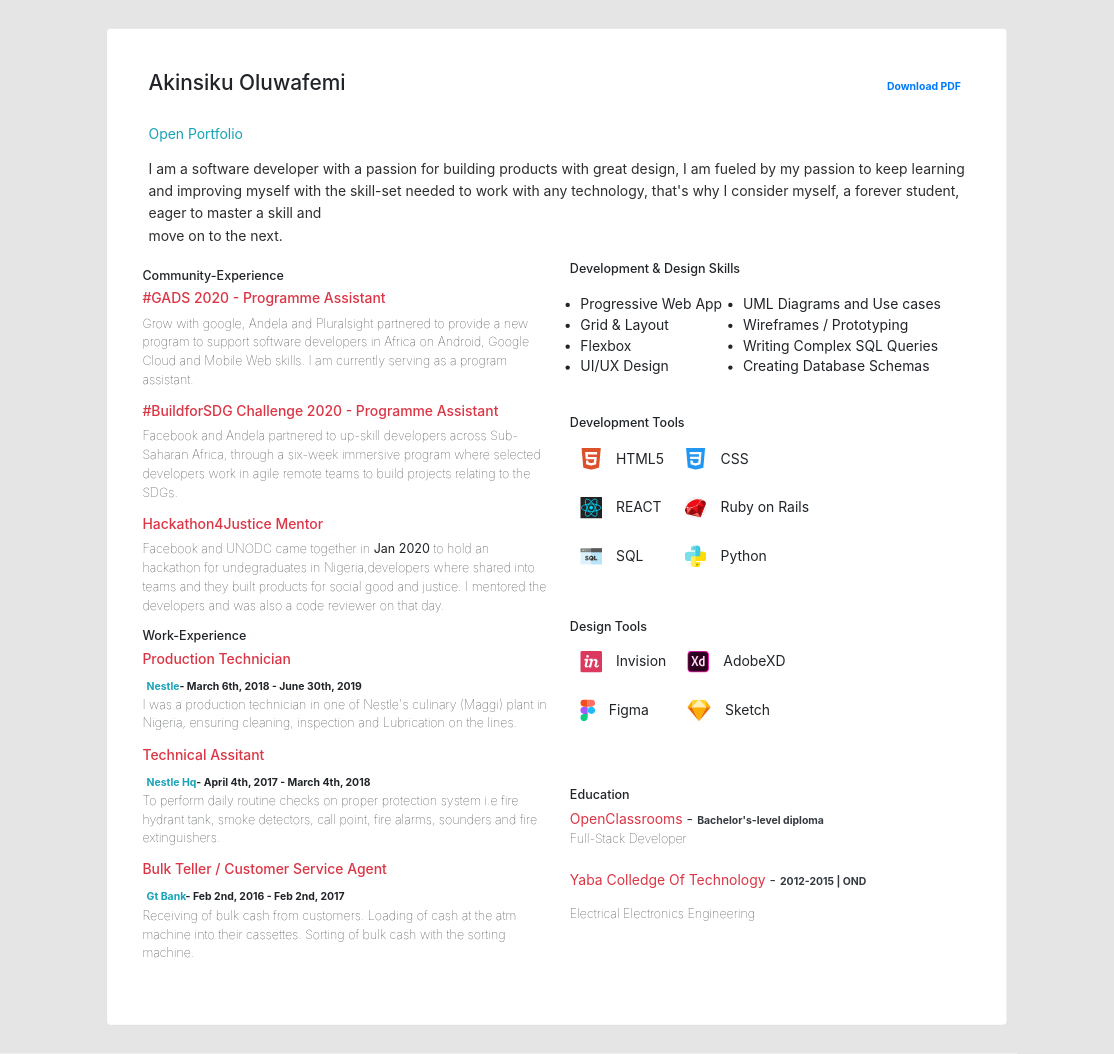
Repository: akinsikuoluwafemi/resume
Page: index.html
These files come from the project's save history. The page is drawn as it stood at one moment and after a run of saves; the edit follows.
The browser window is 1280 px wide. The pictures show the whole page, at 87% of full size.
The style sheet was rebuilt from its Sass, Less or Tailwind sources for each picture, by a compiler version that may differ from the author's.

Above is the page before, as saved 2020-08-03 19:03:48.

### index.html
<!DOCTYPE html>
<html lang="en">

<head>
    <meta charset="UTF-8">
    <meta name="viewport" content="width=device-width, initial-scale=1.0">
    <meta http-equiv="X-UA-Compatible" content="ie=edge">
    <link rel="shortcut icon" type="image/png" href="./images/new-photo.png">

    <link rel="stylesheet" href="https://stackpath.bootstrapcdn.com/bootstrap/4.3.1/css/bootstrap.min.css" integrity="sha384-ggOyR0iXCbMQv3Xipma34MD+dH/1fQ784/j6cY/iJTQUOhcWr7x9JvoRxT2MZw1T"
        crossorigin="anonymous" />
    <link rel="stylesheet" href="./resume.css">

    <title>Akinsiku Oluwafemi - Software Developer</title>
</head>

<body>

   <div class="col-sm-12 col-lg-10 m-auto">
       <!--  -->
        <div class="p-c container border px-3 py-4 px-lg-5 py-lg-5 ">
            <header class="row">
                <div class="col d-flex align-items-center">
                    <h4 class="header__name mr-auto">Akinsiku Oluwafemi</h4>
                    <a href="./images/newresume.pdf" download="Femi_Akinsiku_resume.pdf" class="badge">Download PDF</a>
                </div>
            </header>
            <div class="row mt-4">
                <a href="https://femiakin.com/" target="_blank" class="col text-info">Open Portfolio</a>
            </div>

            <div class="row mt-3">
                <div class="col">
                    <p class="intro">I am a software developer with a passion for building products with great design, I am
                        fueled by my passion to keep learning and improving myself with the skill-set needed to work with
                        any
                        technology,
                        that's why I consider myself, a forever student, eager to master a skill and <br /> move on to the
                        next. </p>
                </div>
            </div>


            <div class="row">

                <div class="col col-lg-6 p-2  ">
                    <div>
                        <h5 class="item__header">Community-Experience</h5>

                        <h6 class="item__job text-danger">#GADS 2020 - Programme Assistant </h6>
                        <p class="item__description">Grow with google, Andela and Pluralsight partnered to provide a new
                            program to support
                            software developers in Africa on Android, Google Cloud and Mobile Web skills. I am currently
                            serving as a
                            program assistant.</p>

                    </div>

                    <div>



                        <h6 class="item__job text-danger">#BuildforSDG Challenge 2020 - Programme Assistant </h6>


                        <p class="item__description">Facebook and Andela partnered to up-skill developers across
                            Sub-Saharan
                            Africa,
                            through a six-week immersive program where selected developers work in agile remote
                            teams to build projects relating to the SDGs.
                        </p>

                    </div>

                    <div>
                        <h6 class="item__job text-danger">Hackathon4Justice Mentor</h6>
                        <p class="item__description">Facebook and UNODC came together in <strong>Jan 2020</strong> to hold
                            an
                            hackathon for
                            undegraduates in Nigeria,developers where shared into teams and they built products for social
                            good
                            and justice. I mentored the developers and was
                            also a code reviewer on that day.
                        </p>
                    </div>


                    <!-- here -->
                    <div>
                        <h5 class="item__header">Work-Experience</h5>
                        <h6 class="item__job text-danger">Production Technician</h6>
                        <span class="badge"><span class="text-info">Nestle</span>- March 6th, 2018 - June 30th, 2019 </span>
                        <p class="item__description">I was a production technician in one of Nestle's culinary (Maggi)
                            plant in
                            Nigeria,
                            ensuring cleaning, inspection and Lubrication on the lines.</p>

                    </div>
                    <div>
                        <h6 class="item__job text-danger">Technical Assitant</h6>
                        <span class="badge"><span class="text-info">Nestle Hq</span>- April 4th, 2017 - March 4th, 2018</span>
                        <p class="item__description">To perform daily routine checks on proper protection system i.e fire
                            hydrant tank,
                            smoke detectors, call point, fire
                            alarms, sounders and fire extinguishers.
                        </p>

                    </div>
                    <div>
                        <h6 class="item__job text-danger">Bulk Teller / Customer Service Agent</h6>
                        <span class="badge"><span class="text-info">Gt Bank</span>- Feb 2nd, 2016 - Feb 2nd, 2017 </span>
                        <p class="item__description">Receiving of bulk cash from customers.
                            Loading of cash at the atm machine into their cassettes.
                            Sorting of bulk cash with the sorting machine.</p>

                    </div>
                    <!-- here2 -->


                </div>
                <div class="col col-lg-6 ">

                    <div>
                        <h5 class="item__header ">Development & Design Skills</h5>
                        <div class="d-flex ">
                            <ul class="list__item">
                                <li>Progressive Web App</li>
                                <li>Grid & Layout</li>
                                <li>Flexbox</li>
                                <li>UI/UX Design</li>


                            </ul>
                            <ul class="list__item">
                                <li>UML Diagrams and Use cases</li>
                                <li>Wireframes / Prototyping</li>
                                <li>Writing Complex SQL Queries</li>
                                <li>Creating Database Schemas</li>



                            </ul>
                        </div>


                    </div>

                    <div class="item__container">
                        <h5 class="item__header">Development Tools</h5>
                        <div class="d-flex ">
                            <ul class="list__item">
                                <div class="d-flex  mb-3">
                                    <img src="./images/html5.svg" />
                                    <p class="ml-3">HTML5</p>
                                </div>
                                <div class="d-flex  mb-3">
                                    <img src="./images/react-1.svg" />
                                    <p class="ml-3">REACT</p>
                                </div>
                                <div class="d-flex ">
                                    <img src="./images/sql.svg" />
                                    <p class="ml-3">SQL</p>
                                </div>

                            </ul>
                            <ul class="list__item ">
                                <div class="d-flex  mb-3">
                                    <img src="./images/css-3.svg" />
                                    <p class="ml-3">CSS</p>
                                </div>
                                <div class="d-flex  mb-3">
                                    <img src="./images/ruby.svg" />
                                    <p class="ml-3">Ruby on Rails</p>
                                </div>
                                <div class="d-flex ">
                                    <img src="./images/python.svg" />
                                    <p class="ml-3">Python</p>
                                </div>


                            </ul>
                        </div>


                    </div>

                    <!-- here -->

                    <div class="item__contain">
                        <h5 class="item__header">Design Tools</h5>
                        <div class="d-flex ">
                            <ul class="list__item">
                                <div class="d-flex mb-3">
                                    <img src="./images/invision.svg" />
                                    <p class="ml-3">Invision</p>
                                </div>
                                <div class="d-flex ">
                                    <img src="./images/figma-1.svg" />
                                    <p class="ml-3">Figma</p>
                                </div>

                            </ul>
                            <ul class="list__item ">
                                <div class="d-flex  mb-3 ">
                                    <img src="./images/adobe-xd-1.svg" />
                                    <p class="ml-3">AdobeXD</p>
                                </div>
                                <div class="d-flex ">
                                    <img src="./images/sketch-2.svg" />
                                    <p class="ml-3">Sketch</p>
                                </div>


                            </ul>
                        </div>


                    </div>
                    <div>
                        <h5 class="item__header">Education</h5>
                        <a href="https://www.francecompetences.fr/recherche/rncp/27099/" class="text-danger text-info">OpenClassrooms
                            <span class="text-dark">-</span><span class="badge text-dark">Bachelor's-level diploma</span></a>

                        <p class="item__description ">Full-Stack Developer</p>

                        <p class="text-danger pt-2">Yaba Colledge Of Technology <span class="text-dark">-</span><span class="badge text-dark">2012-2015
                                | OND</span></p>
                        <p class="item__description ">Electrical Electronics Engineering</p>


                    </div>



                </div>

            </div>


        </div>

        <!--  -->
   </div>










    <script src="https://code.jquery.com/jquery-3.3.1.slim.min.js" integrity="sha384-q8i/X+965DzO0rT7abK41JStQIAqVgRVzpbzo5smXKp4YfRvH+8abtTE1Pi6jizo"
        crossorigin="anonymous"></script>
    <script src="https://cdnjs.cloudflare.com/ajax/libs/popper.js/1.14.7/umd/popper.min.js" integrity="sha384-UO2eT0CpHqdSJQ6hJty5KVphtPhzWj9WO1clHTMGa3JDZwrnQq4sF86dIHNDz0W1"
        crossorigin="anonymous"></script>
    <script src="https://stackpath.bootstrapcdn.com/bootstrap/4.3.1/js/bootstrap.min.js" integrity="sha384-JjSmVgyd0p3pXB1rRibZUAYoIIy6OrQ6VrjIEaFf/nJGzIxFDsf4x0xIM+B07jRM"
        crossorigin="anonymous"></script>
</body>

</html>

### resume.scss


body {
    background-color: #E5E5E5;

    -webkit-font-smoothing: antialiased;
  -moz-osx-font-smoothing: grayscale;
}

.container {
    margin: 2rem auto;
    background-color: white;
    border-radius: .3rem;
}

.intro {
    font-size: 1rem;
    color: rgba(0,0,0,0.82);
    line-height: 1.6rem;
}


.text-info:hover{
    text-decoration: none;
}

img {
    height: 25px;
}



.item {

     &__contain {
        margin-bottom: 2rem!important;
        // background: red;
    }

    &__container {
        margin: 1rem 0!important;
    }

    &__dev {
         font-size: .9rem;
        margin-bottom: 1rem;
    }

    &__header {
        font-size: .9rem;
        margin-bottom: .5rem;
    }

    &__description {
        font-weight: 100;
        font-size: .9rem;
    }

}


.list__item {
    padding: 12px;
}

@media (max-width: 576px) {
    br {
        display: none;
    }
 }

After the next 5 saves:
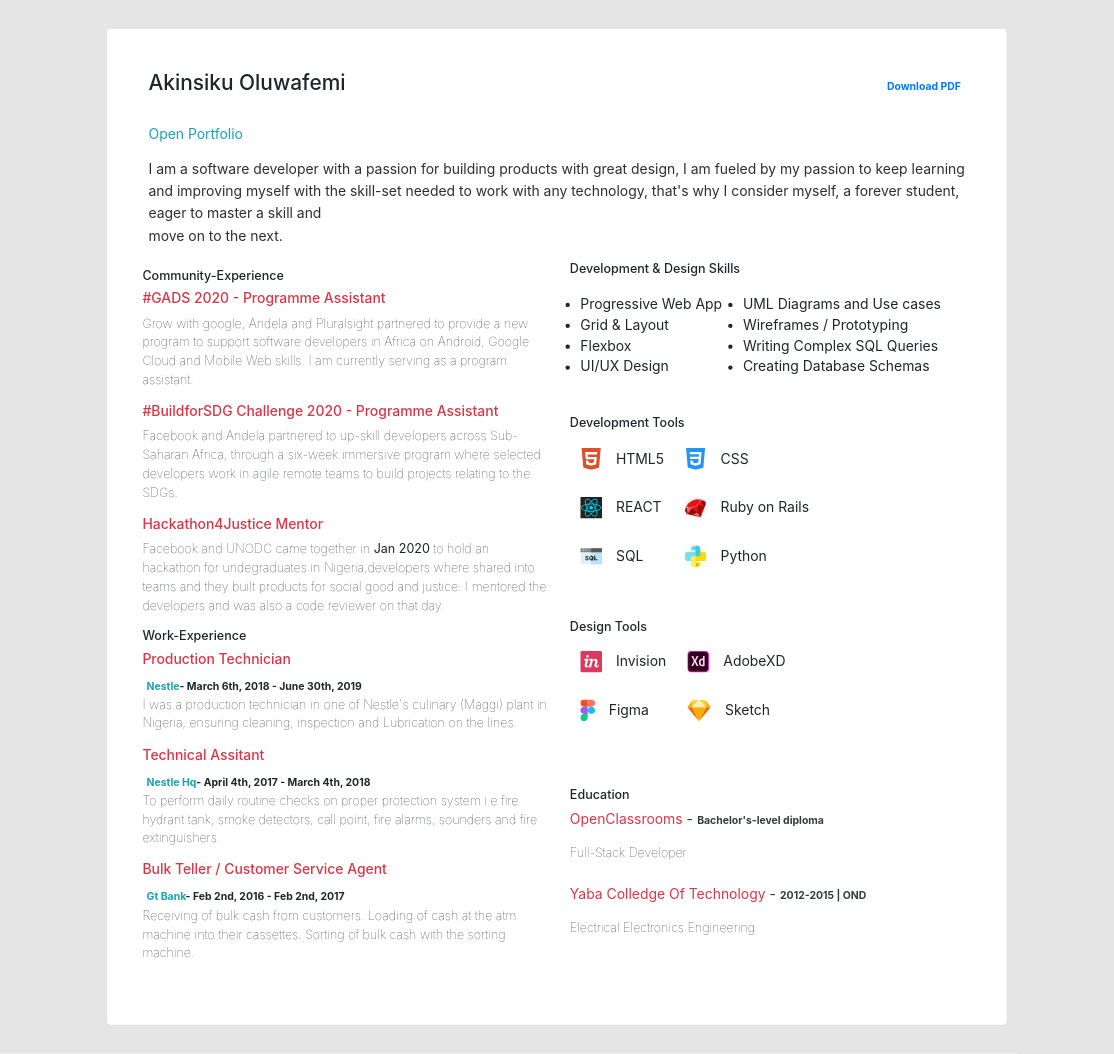
The 5 saves are shown as one change because they came seconds apart.
The last was saved 37 s later.
--- a/index.html
+++ b/index.html
@@ -218,7 +218,7 @@
                     </div>
                     <div>
                         <h5 class="item__header">Education</h5>
-                        <a href="https://www.francecompetences.fr/recherche/rncp/27099/" class="text-danger text-info">OpenClassrooms
+                        <p><a href="https://www.francecompetences.fr/recherche/rncp/27099/" class="text-danger text-info">OpenClassrooms
                             <span class="text-dark">-</span><span class="badge text-dark">Bachelor's-level diploma</span></a>
 
                         <p class="item__description ">Full-Stack Developer</p>
